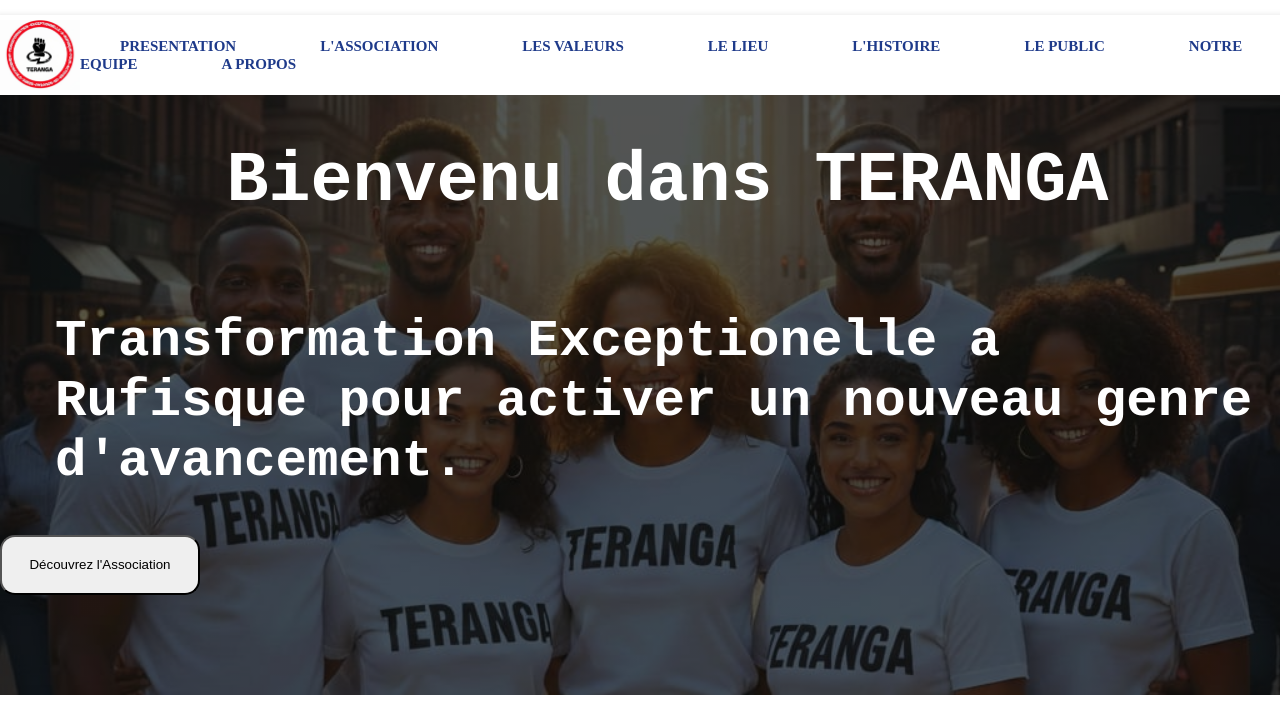
Repository: assanendao171/projet-teranga
Page: presentation.html
The author's editor kept a copy of each file at every save. The page is drawn from the files as they stood at one save, then again after the next save.
The browser window is 1280 px wide. The pictures show the whole page.

Above is the page before, as saved 2026-02-11 12:51:45.

### presentation.html
<!DOCTYPE html>
<html lang="en">
<head>
    <meta charset="UTF-8">
    <meta name="viewport" content="width=device-width, initial-scale=1.0">
    <title>Document</title>
    <link rel="stylesheet" href="presentation.css">
</head>
<body>
<!-- l'entete -->
 <header>
        <!-- logo -->
<img src="image/logo.jpeg" alt="" class="logo">
<div class="btn-nav">

    <nav>

<a href="presentation.html" target="_blank">PRESENTATION</a>
<a href="association.html" target="_blank">L'ASSOCIATION</a>
<a href="valeur.html" target="_blank">LES VALEURS</a>
<a href="lieu.html" target="_blank">LE LIEU</a>
<a href="histoire.html" target="_blank">L'HISTOIRE</a>
<a href="public.html" target="_blank">LE PUBLIC</a>
<a href="equipe.html" target="_blank">NOTRE EQUIPE</a>
<a href="propos.html" target="_blank">A PROPOS</a>
    </nav>
</div>
 </header>
 <!-- le hero -->
  <div class="hero">
<div class="texte-accrosse">
    <h1>Bienvenu dans TERANGA</h1>
    <h2>Transformation Exceptionelle a Rufisque pour activer un nouveau genre d'avancement.</h2>
</div>
<!-- btn-hero -->
<button class="btn-hero">Découvrez l'Association</button>
  </div>
 <!-- le corps -->
  <main></main>
  <!-- le pieds -->
   <footer></footer>
</body>
</html>

### presentation.css
body{
    margin: 15px 0 5px 0;
}
header{
width: 100%;
height: 80px;
background-color: #FFFFFF;
box-shadow: 2px 6px 6px 6px rgba(0, 0, 0, 0.1);
display: flex;
align-items: center;
justify-content: center;
}
nav a{
    margin: 40px;
    color: #1E3A8A;
    text-decoration: none;
    font-size: 15px;
    font-weight:900;
}
nav a:hover{
    text-decoration: underline;
}
.logo{
    width: 80px;
left: 10px;
}
.hero{
  width:100%;
  height:600px ;
  background-image:
    linear-gradient(rgba(0, 0, 0, 0.6), rgba(0, 0, 0, 0.6)),
    url("image/background.jpeg");
  background-size: cover;
  background-position: top;
  background-repeat: no-repeat;
}
.texte-accrosse{
display: flex;
flex-direction: column;
justify-content: center;
align-items: center;
color: rgb(255, 255, 255);
font-size: 35px;
font-family: 'Courier New', Courier, monospace;
margin-left: 55px;
}
.btn-hero{
width: 200px;
height: 60px;
border-radius: 15px;
background-color: ;
}

After the next save:
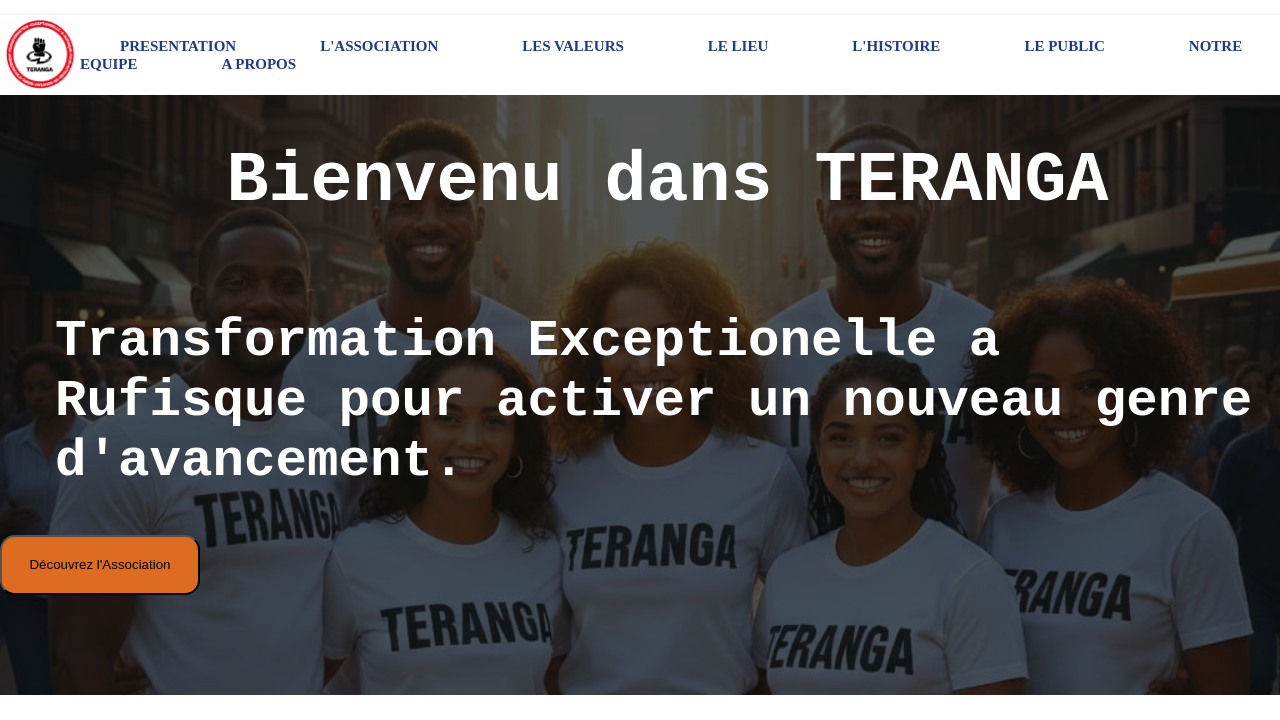
Saved 6 s later.
--- a/presentation.css
+++ b/presentation.css
@@ -48,5 +48,5 @@ margin-left: 55px;
 width: 200px;
 height: 60px;
 border-radius: 15px;
-background-color: ;
+background-color: #DD6B20;
 }
